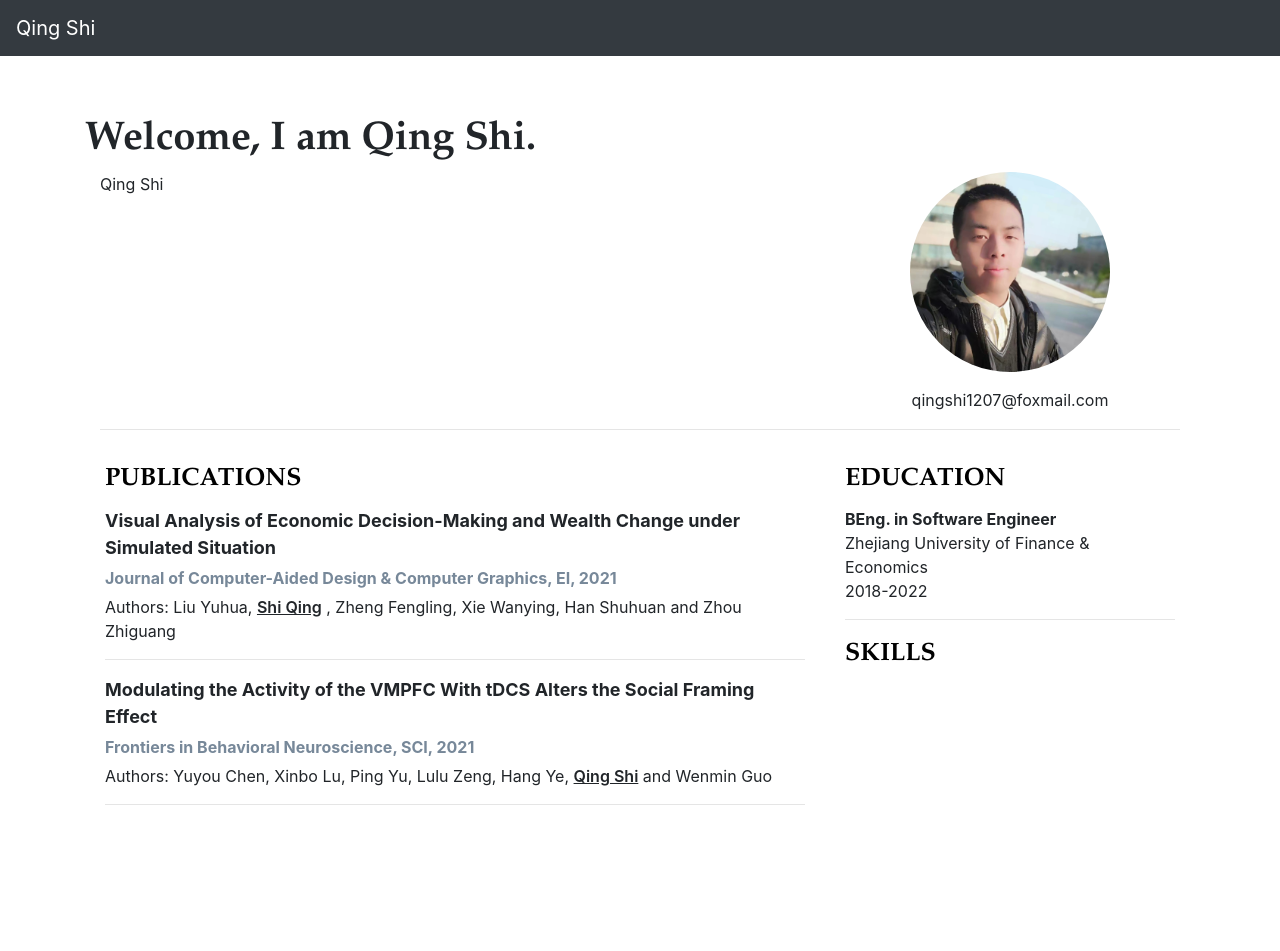
Repository: sqsssq/webpage
Page: index.html
An editor plug-in stored every save of this project. The page is shown before and after the next save, followed by the edit.
The browser window is 1280 px wide. The pictures show the whole page.
Some web libraries are served in a nearby version.

Above is the page before, as saved 2022-03-28 10:39:26.

After the next save:
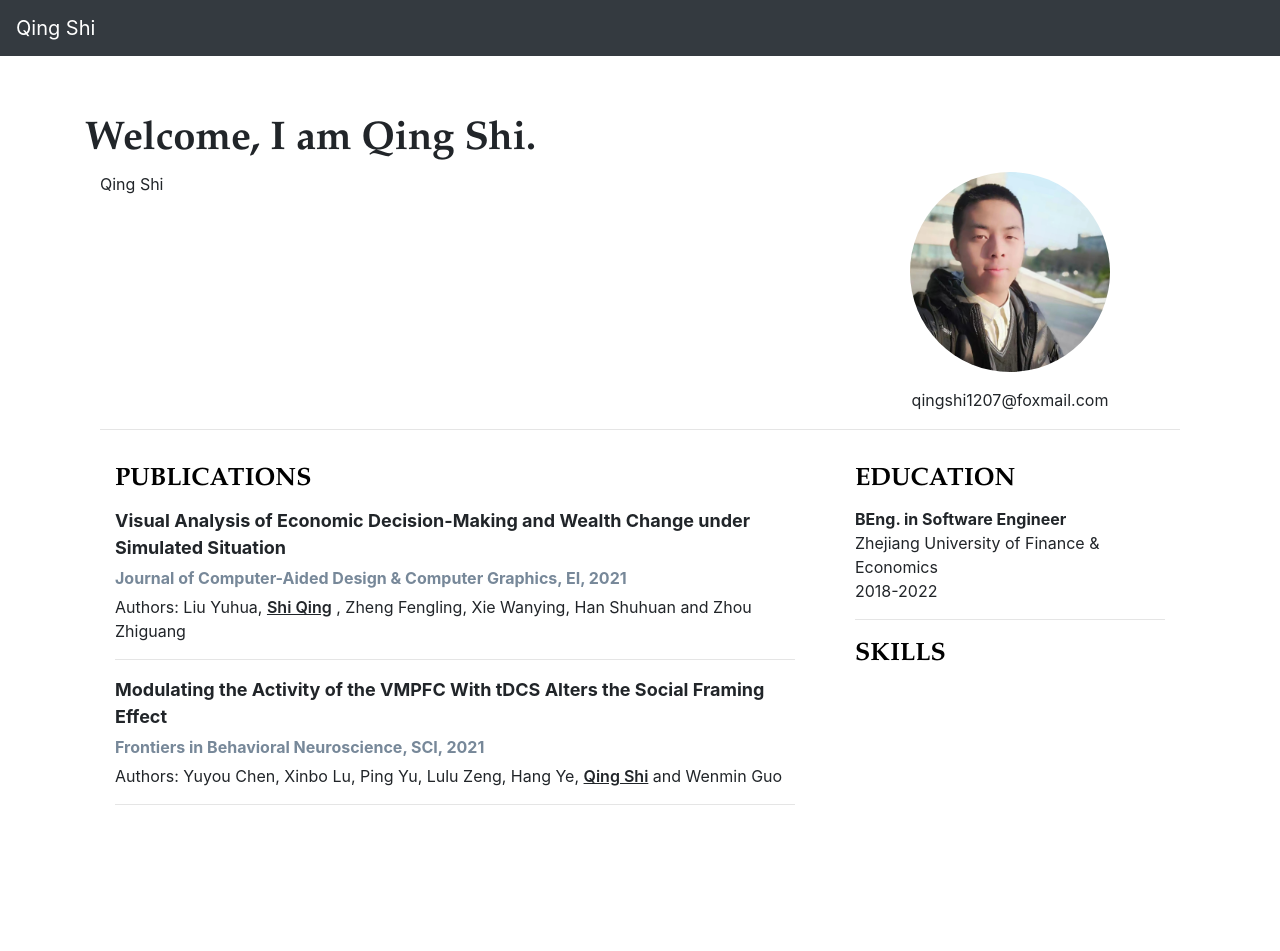
Saved 32 s later.
--- a/index.html
+++ b/index.html
@@ -1,6 +1,6 @@
 <!--
  * @Author: Qing Shi
- * @LastEditTime: 2022-03-28 10:38:00
+ * @LastEditTime: 2022-03-28 10:39:57
  * @Knowledge:
  * @Description: my homepage
  * @Attention:
@@ -59,7 +59,7 @@
         </div>
         <hr>
         <div class="webMain row">
-            <div class="col-lg-8" style="padding-left: 20px; padding-right: 20px;">
+            <div class="col-lg-8" style="padding-left: 30px; padding-right: 30px;">
                 <div id="webPublication">
                     <h3 id="titleFont">
                         PUBLICATIONS
@@ -100,7 +100,7 @@
                 </div>
                 <hr>
             </div>
-            <div class="col-lg-4" style="padding-right: 20px;padding-left: 20px;">
+            <div class="col-lg-4" style="padding-right: 30px;padding-left: 30px;">
                 <div id="webEducation">
                     <h3 id="titleFont">
                         <!-- ::before -->
